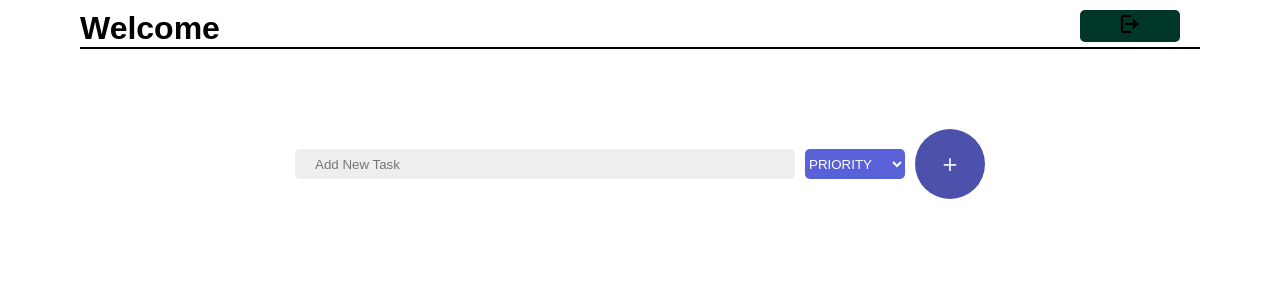
Repository: tebo27cMd/todo_App
Page: /HomePage
These files come from the project's save history. The page is drawn as it stood at one moment and after a run of saves; the edit follows.
The browser window is 1280 px wide. The pictures show the whole page.
The page's requests for data from a server got no answer. The project was rebuilt for these pictures with package versions that can differ from the ones it lists, and the page was loaded fresh each time. No one was signed in, and anything a server would have sent is missing. Also part of the build but not shown: src/Pages/LoginPage.jsx, src/Pages/SignInPage.jsx.

Above is the page before, as saved 2022-08-23 12:04:20.

After the next 2 saves:
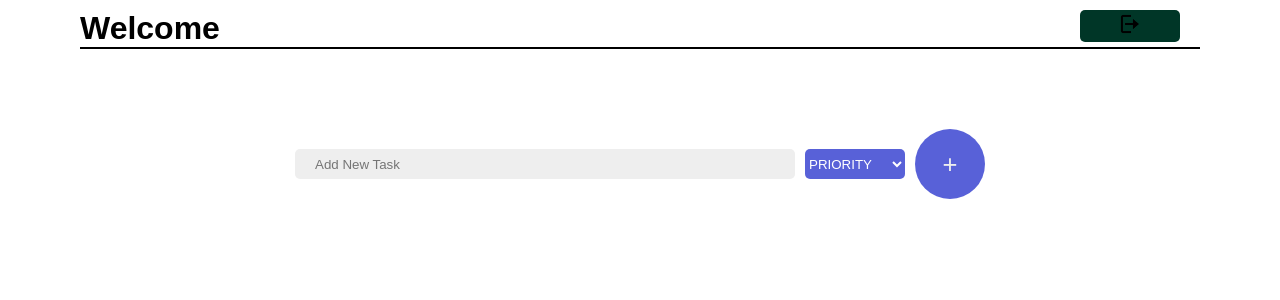
The 2 saves are shown as one change because they came seconds apart.
The last was saved 14 s later.
--- a/src/css/HomePage.css
+++ b/src/css/HomePage.css
@@ -72,7 +72,7 @@
     border: none;
     color: #eee;
     font-size: 1.6em;
-    background-color: #4c52ac;
+    background-color: #5861d8;
     cursor: pointer;
 
 }
